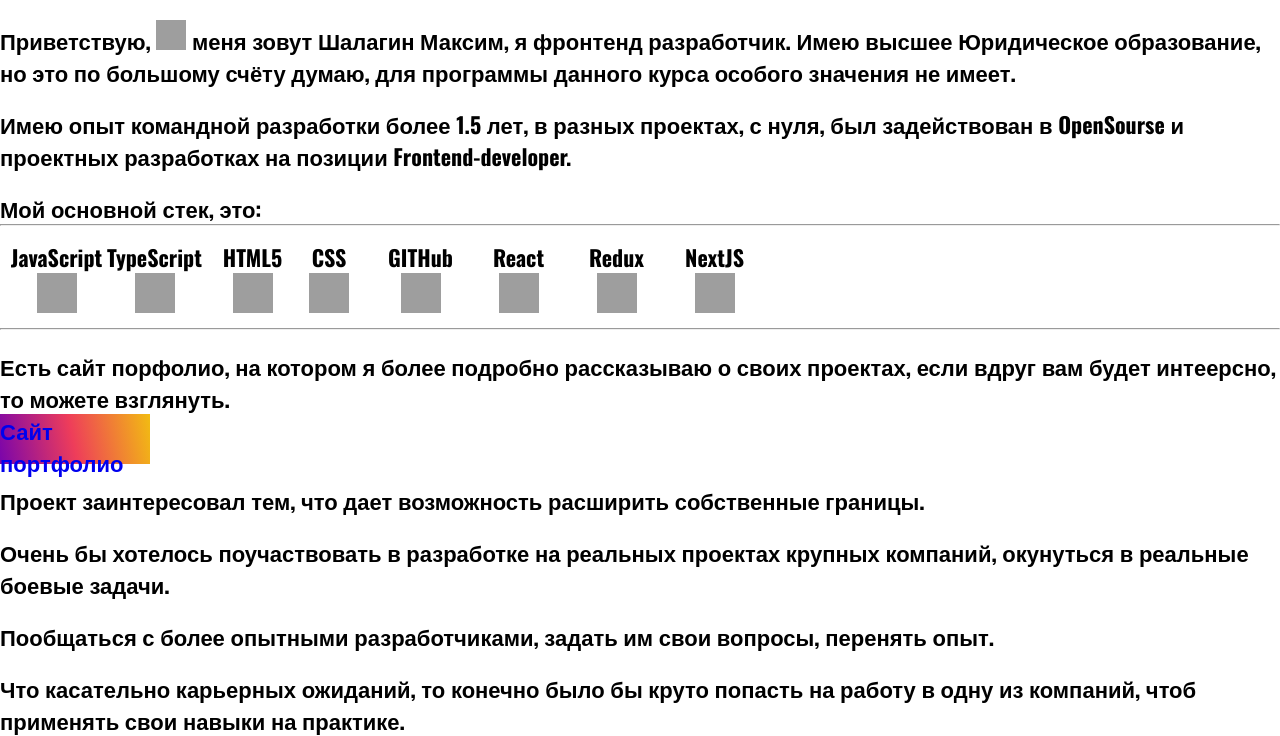
Repository: ni4egonepridumal/letter
Page: index.html
The author's editor kept a copy of each file at every save. The page is drawn from the files as they stood at one save, then again after the next save.
The browser window is 1280 px wide. The pictures show the whole page.
Pictures or frames that could not be fetched are drawn as grey boxes.

Above is the page before, as saved 2024-01-18 17:47:07.

### index.html
<!DOCTYPE html>
<html lang="en">
  <head>
    <meta charset="UTF-8" />
    <meta name="viewport" content="width=device-width, initial-scale=1.0" />
    <link rel="stylesheet" href="style.css" />
    <link rel="preconnect" href="https://fonts.googleapis.com" />
    <link rel="preconnect" href="https://fonts.gstatic.com" crossorigin />
    <link
      href="https://fonts.googleapis.com/css2?family=Oswald:wght@200..700&display=swap"
      rel="stylesheet"
    />
    <title>Document</title>
  </head>
  <body>
    <div class="container">
      <p>
        Приветствую,
        <span>
          <img
            src="https://upload.wikimedia.org/wikipedia/commons/thumb/1/17/Noto_Emoji_Pie_1f44b_1f3fb.svg/1024px-Noto_Emoji_Pie_1f44b_1f3fb.svg.png"
            width="30"
            height="30"
            alt="smile"
          /> </span
        >меня зовут Шалагин Максим, я фронтенд разработчик. Имею высшее
        Юридическое образование, но это по большому счёту думаю, для программы
        данного курса особого значения не имеет.
      </p>
      <p>
        Имею опыт командной разработки более 1.5 лет, в разных проектах, с нуля,
        был задействован в OpenSourse и проектных разработках на позиции
        Frontend-developer.
      </p>
      <p>Мой основной стек, это:</p>
      <hr />

      <div class="myScills">
        <div class="img">
          <label>JavaScript</label
          ><img
            src="https://raw.githubusercontent.com/devicons/devicon/master/icons/javascript/javascript-original.svg"
            alt="javascript"
            width="40"
            height="40"
          />
        </div>
        <div class="img">
          <label>TypeScript</label
          ><img
            src="https://raw.githubusercontent.com/devicons/devicon/master/icons/typescript/typescript-original.svg"
            alt="typescript"
            width="40"
            height="40"
          />
        </div>
        <div class="img">
          <label>HTML5</label
          ><img
            src="https://raw.githubusercontent.com/devicons/devicon/master/icons/html5/html5-original-wordmark.svg"
            alt="html5"
            width="40"
            height="40"
          />
        </div>
        <div class="img_css">
          <label>CSS</label
          ><img
            src="https://raw.githubusercontent.com/devicons/devicon/master/icons/css3/css3-original-wordmark.svg"
            alt="css3"
            width="40"
            height="40"
          />
        </div>
        <div class="img">
          <label>GITHub</label
          ><img
            src="https://raw.githubusercontent.com/devicons/devicon/master/icons/github/github-original.svg"
            alt="git"
            width="40"
            height="40"
          />
        </div>
        <div class="img">
          <label>React</label
          ><img
            src="https://raw.githubusercontent.com/devicons/devicon/master/icons/react/react-original-wordmark.svg"
            alt="react"
            width="40"
            height="40"
          />
        </div>
        <div class="img">
          <label>Redux</label
          ><img
            src="https://raw.githubusercontent.com/devicons/devicon/master/icons/redux/redux-original.svg"
            alt="redux"
            width="40"
            height="40"
          />
        </div>
        <div class="img">
          <label>NextJS</label
          ><img
            src="https://cdn.worldvectorlogo.com/logos/nextjs-2.svg"
            alt="nextjs"
            width="40"
            height="40"
          />
        </div>
      </div>
      <hr />

      <p>
        Есть сайт порфолио, на котором я более подробно рассказываю о своих
        проектах, если вдруг вам будет интеерсно, то можете взглянуть.
      </p>
      <div class="inner_href">
        <a class="href" href="https://portfolio-three-taupe-20.vercel.app/"
          >Сайт портфолио</a
        >
      </div>
      <p>
        Проект заинтересовал тем, что дает возможность расширить собственные
        границы.
      </p>
      <p>
        Очень бы хотелось поучаствовать в разработке на реальных проектах
        крупных компаний, окунуться в реальные боевые задачи.
      </p>
      <p>
        Пообщаться с более опытными разработчиками, задать им свои вопросы,
        перенять опыт.
      </p>
      <p>
        Что касательно карьерных ожиданий, то конечно было бы круто попасть на
        работу в одну из компаний, чтоб применять свои навыки на практике.
      </p>
    </div>
  </body>
</html>

### style.css
* {
  margin: 0;
  padding: 0;
  box-sizing: border-box;
}

body {
  font-size: 22px;
  font-weight: 700;
  font-family: "Oswald", sans-serif;
}
p {
  margin-top: 20px;
}
.container {
  max-width: 1600px;
  margin: 0 auto;
}
.myScills {
  display: flex;
  flex-wrap: wrap;
  margin: 15px 0;
}
.img {
  width: 83px;
  display: flex;
  justify-content: center;
  flex-wrap: wrap;
  margin-left: 15px;
}
.img_css {
  width: 70px;
  display: flex;
  justify-content: center;
  flex-wrap: wrap;
}
.inner_href {
  width: 150px;
  height: 50px;
  background: linear-gradient(
    78.55deg,
    #7a05ab 0%,
    #ee3d5a 48.44%,
    #f2bc12 100%
  );
}
.href {
  text-decoration: none;
}

After the next save:
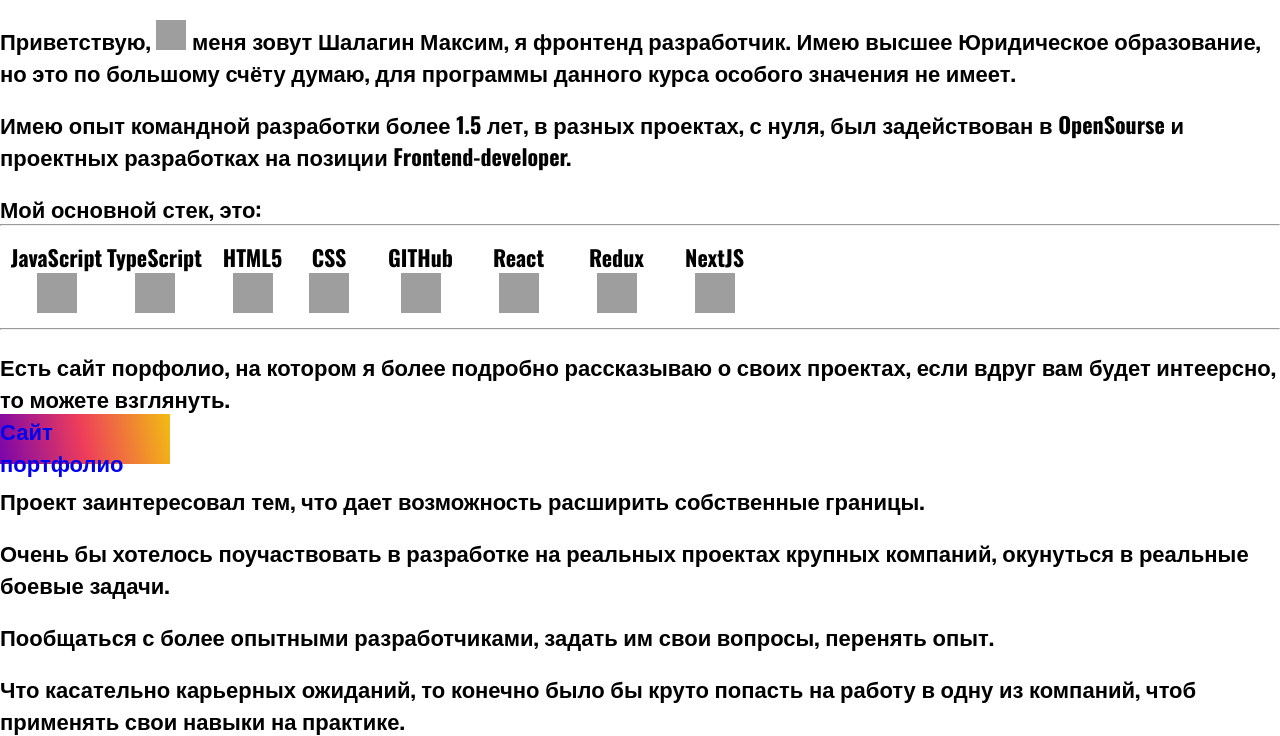
Saved 16 s later.
--- a/style.css
+++ b/style.css
@@ -35,7 +35,7 @@ p {
   flex-wrap: wrap;
 }
 .inner_href {
-  width: 150px;
+  width: 170px;
   height: 50px;
   background: linear-gradient(
     78.55deg,
